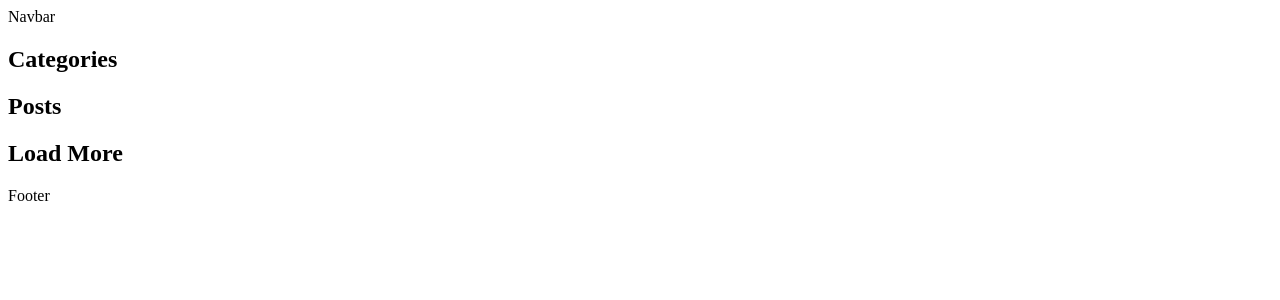
Repository: MikeeBuilds/flexxible
Page: /
The author's editor kept a copy of each file at every save. The page is drawn from the files as they stood at one save, then again after the next save.
The browser window is 1280 px wide. The pictures show the whole page.
The project was rebuilt for these pictures with package versions that can differ from the ones it lists, and the page was loaded fresh each time. The framework's server and built-in components were replaced by stand-ins that run in the browser. Also part of the build but not shown: next.config.js. Imported but missing from the stored project, and not drawn on this page: app/globals/css.

Above is the page before, as saved 2023-06-24 16:18:32.

After the next save:
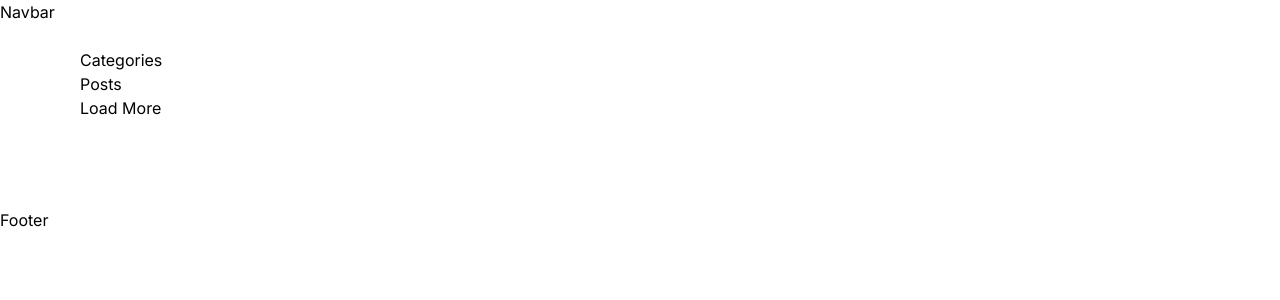
Saved 7 s later.
--- a/app/layout.tsx
+++ b/app/layout.tsx
@@ -1,4 +1,4 @@
-import './globals/css';
+import './globals.css';
 
 export const metadata = {
   title: 'Flexxible',
